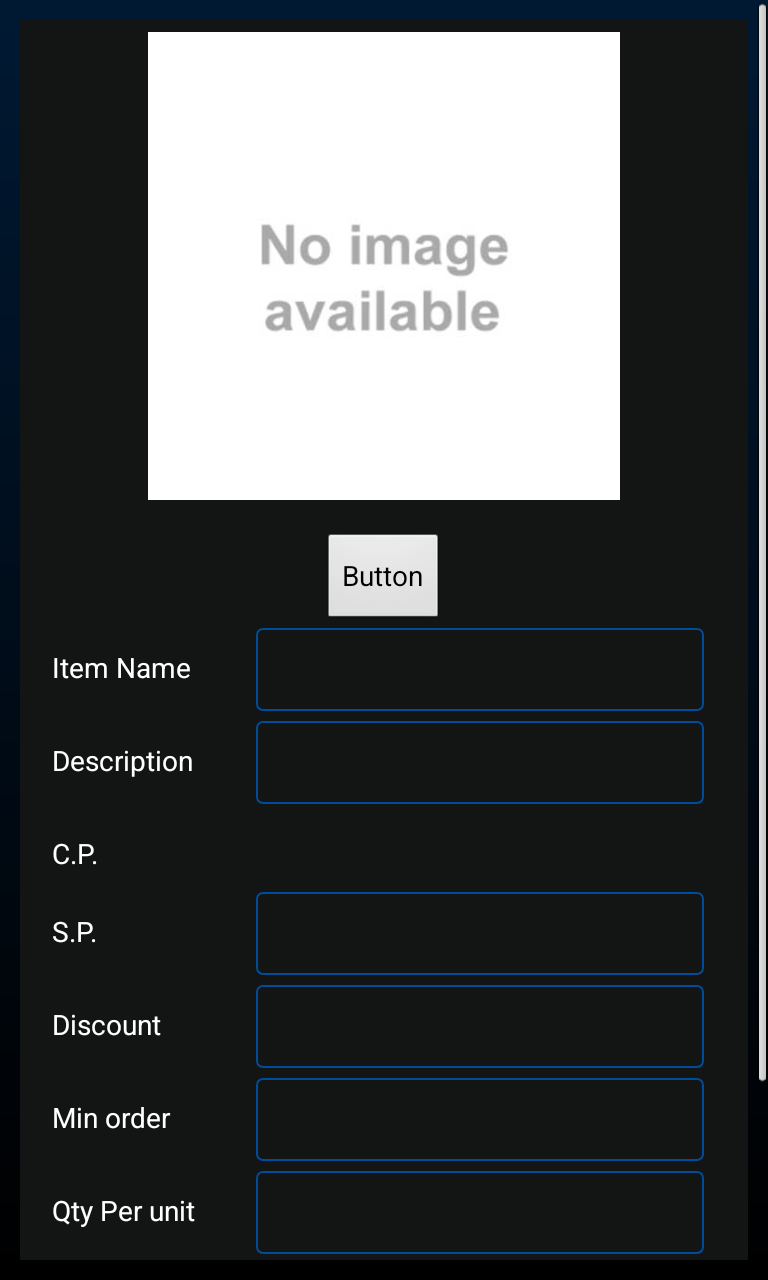
Repository: jasleen1291/B2BMobileApplication
Layout: Mobile E Commerce/B2B/res/layout/fragment_view_item.xml
The author's editor kept a copy of each file at every save. The layout is drawn from the files as they stood at one save, then again after the next save.
It is drawn on a 768 x 1280 px phone screen (xhdpi) without system bars, with theme mycustomtheme; the app's code is not run.

Above is the layout before, as saved 2013-05-24 15:53:52.

After the next save:
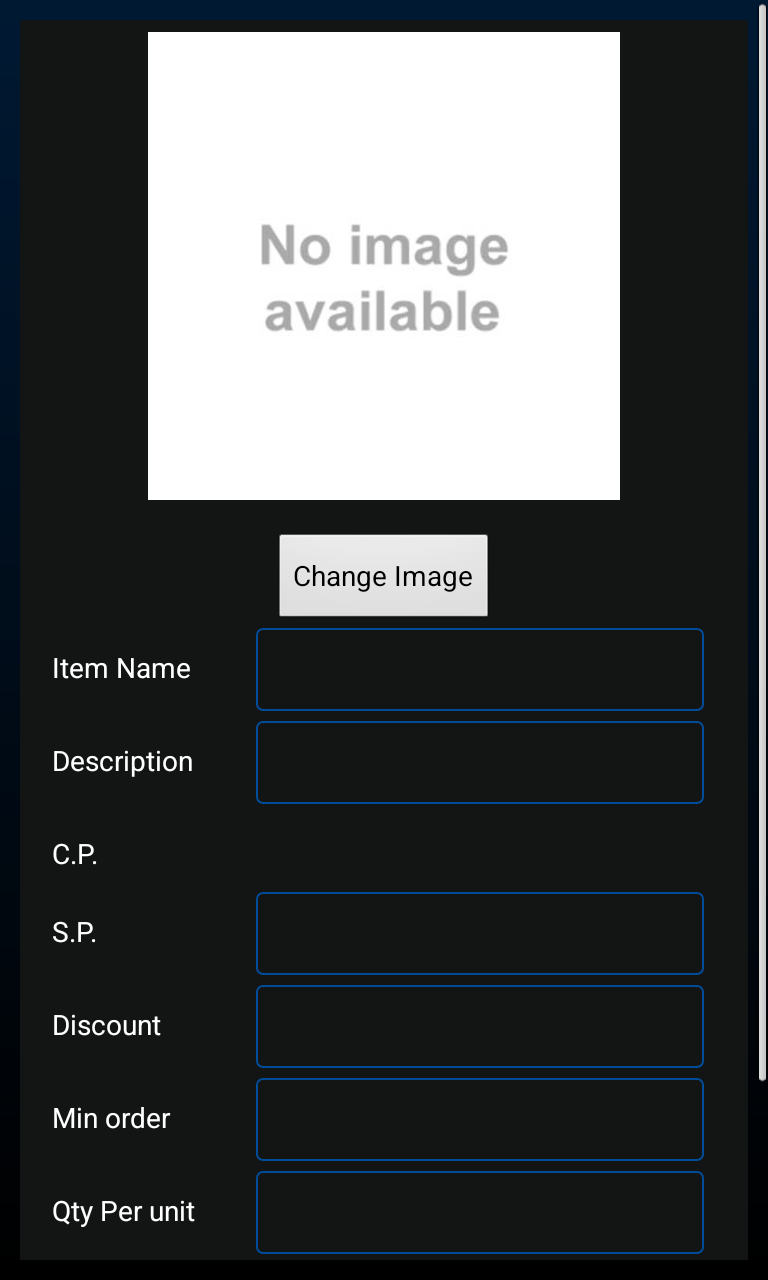
Saved 15 s later.
--- a/Mobile E Commerce/B2B/res/layout/fragment_view_item.xml
+++ b/Mobile E Commerce/B2B/res/layout/fragment_view_item.xml
@@ -33,7 +33,7 @@
                 android:id="@+id/button3"
                 android:layout_width="wrap_content"
                 android:layout_height="wrap_content"
-                android:text="Button" />
+                android:text="@string/chngImg" />
 
             <LinearLayout
                 android:layout_width="match_parent"
